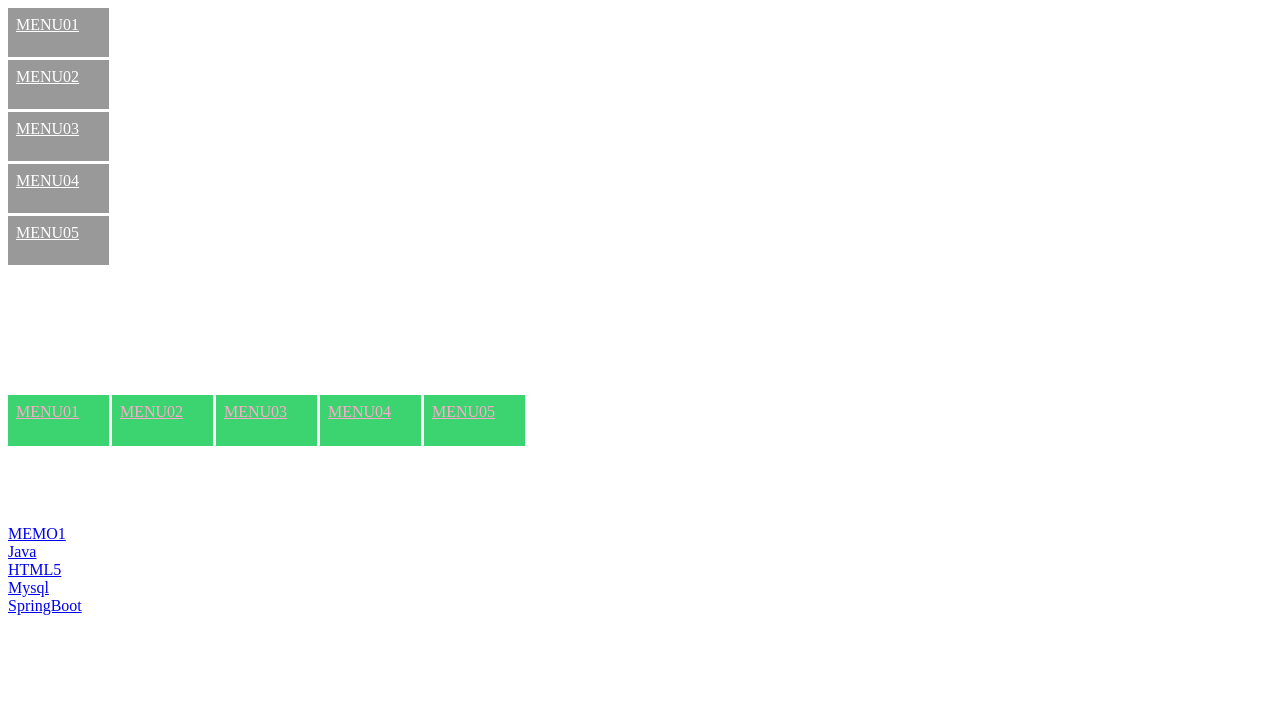
Repository: kimyoda/HomePratice
Page: Javawork/javascript/src/main/webapp/pratice/ex4_menu.html
An editor plug-in stored every save of this project. The page is shown before and after the next save, followed by the edit.
The browser window is 1280 px wide. The pictures show the whole page.
Some web fonts or font styles are not loaded; a fallback is used.

Above is the page before, as saved 2023-09-27 15:39:04.

After the next save:
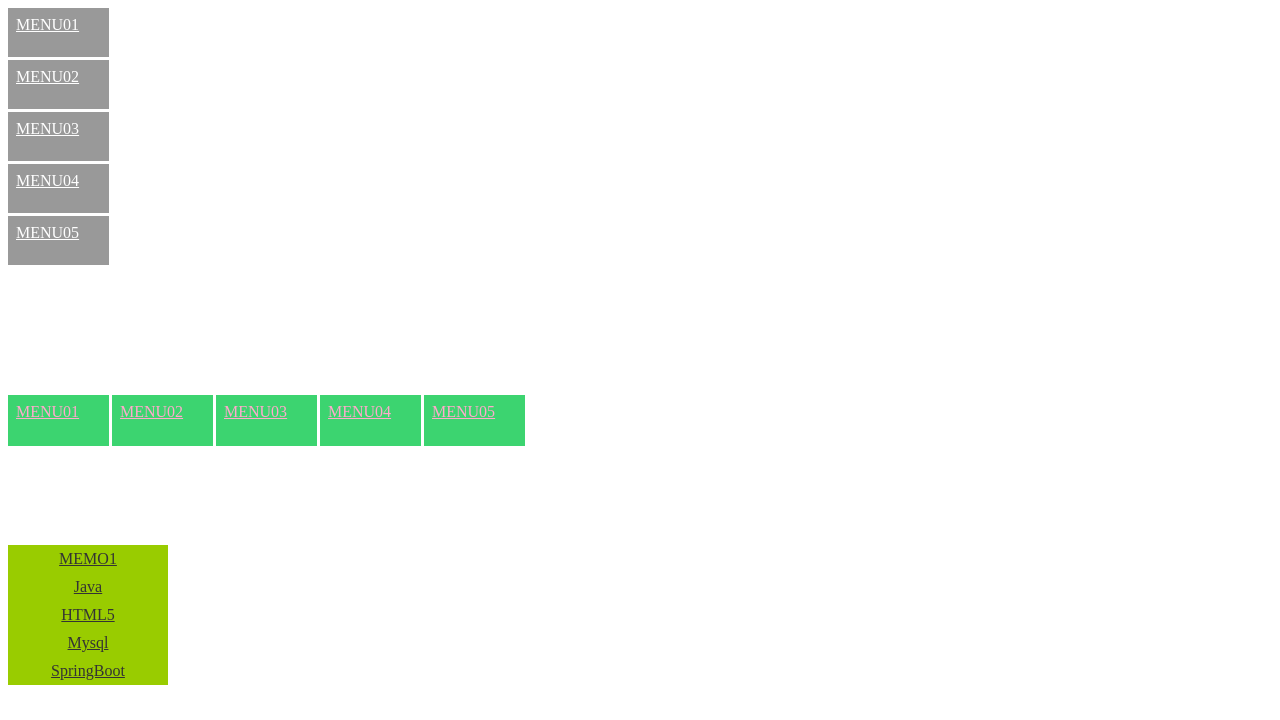
Saved 2 h 48 min later.
--- a/Javawork/javascript/src/main/webapp/pratice/ex4_menu.html
+++ b/Javawork/javascript/src/main/webapp/pratice/ex4_menu.html
@@ -87,6 +87,34 @@
 			padding: 10px;
 
 		}
+
+		.menu3 li a:hover{
+			background-color: #db7093;
+			color: #fffacd;
+		}
+
+		/*nav main*/
+		#main_menu{
+			margin-top: 20px;
+		}
+
+		#main_menu li a{
+			color: #333;
+			background-color: #9c0;
+			width: 150px;
+			display: block;
+			text-align: center;
+			padding: 5px;
+			transition: all 0.3s;
+		}
+
+		#main_menu li a:hover{
+			color: #fff;
+			background-color: #000;
+			background: url(../image/C1.png) no-repeat right center;
+			background-size: 30px 30px;
+		}
+
 	</style>
 	<script>
 		window.onload = function () {
